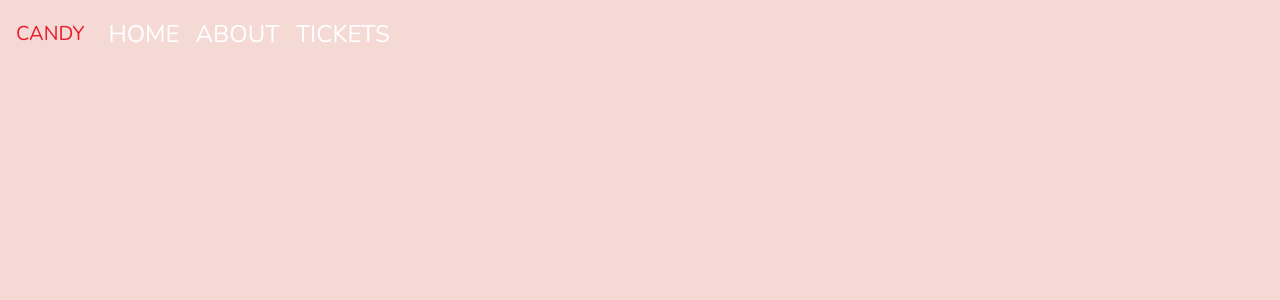
Repository: manojsatya/Web_development
Page: Museum_of_candy/index.html
An editor plug-in stored every save of this project. The page is shown before and after the next save, followed by the edit.
The browser window is 1280 px wide. The pictures show the whole page.
The pointer rests on the first visible `#mainNavbar .nav-link`.

Above is the page before, as saved 2019-05-31 10:47:14.

After the next save:
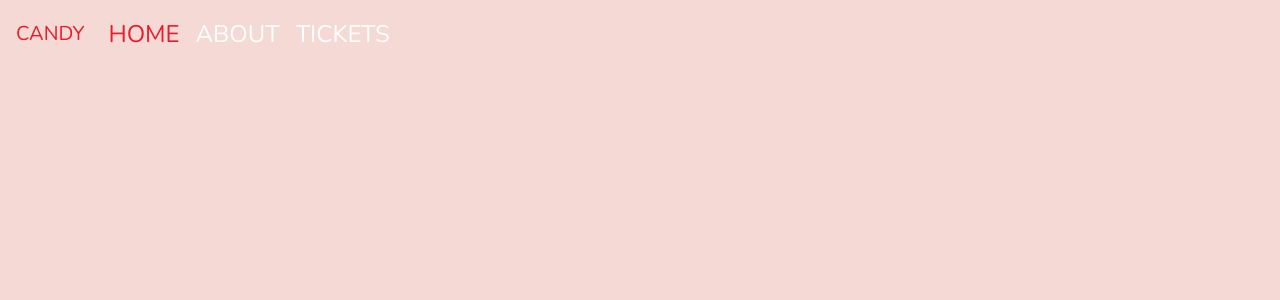
Saved 35 s later.
--- a/Museum_of_candy/app.css
+++ b/Museum_of_candy/app.css
@@ -12,6 +12,10 @@ body{
     color: white;
 }
 
+#mainNavbar .nav-link:hover{
+    color: #EA1C2C;
+}
+
 #mainNavbar{
     font-size: 1.5rem;
     font-weight: 100;
